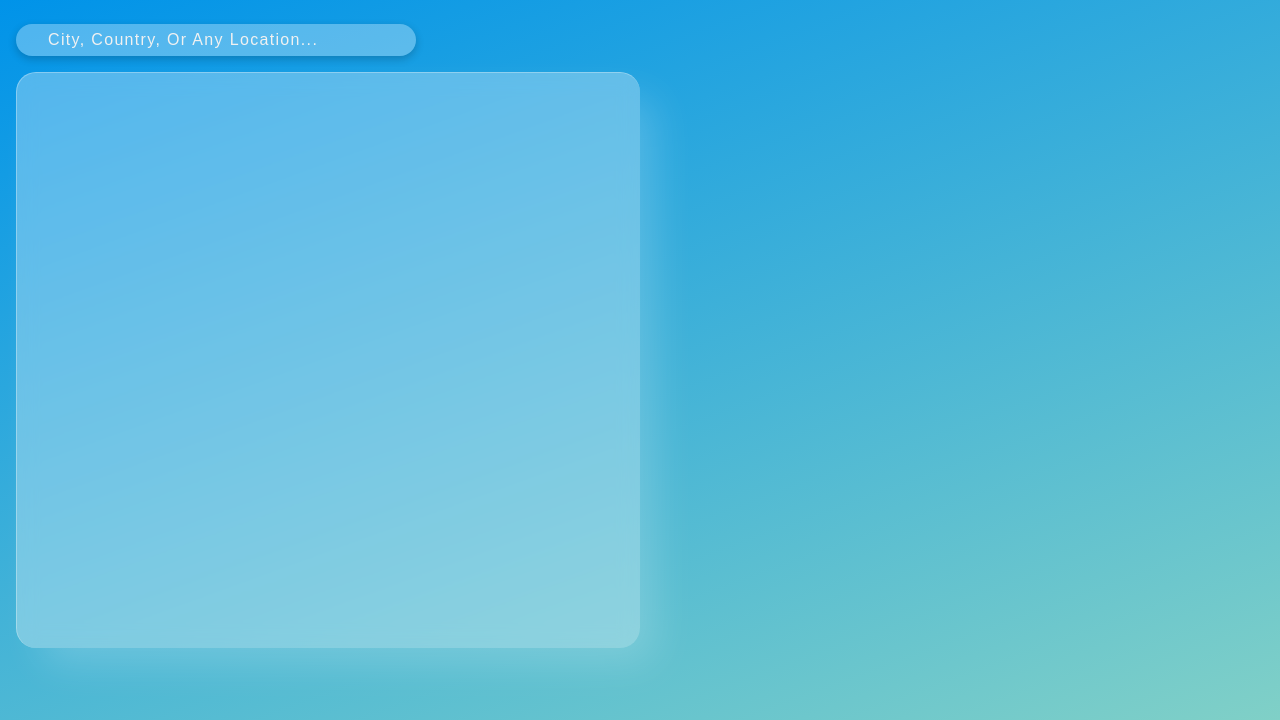
Repository: Haydenleung/weather-app-2024
Page: /
An editor plug-in stored every save of this project. The page is shown before and after the next save, followed by the edit.
The browser window is 1280 px wide. The pictures show the whole page.
The project was rebuilt for these pictures with package versions that can differ from the ones it lists, and the page was loaded fresh each time. The framework's server and built-in components were replaced by stand-ins that run in the browser. Also part of the build but not shown: next.config.mjs.

Above is the page before, as saved 2024-02-09 09:29:55.

### src/pages/index.tsx
import Image from "next/image";
import { useState } from 'react';
import { parseString } from 'xml2js';

import Container from "@/components/Container";

export default function Home() {

  const [location, setLocation] = useState();

  var apiKey = "1166e5ad9804e768305a6f5ad6b1e21c"
  // var cityName = "london"
  var currentUrl = `https://api.openweathermap.org/data/2.5/weather?q=${location}&units=metric&appid=${apiKey}`;
  var currentUrlXML = `https://api.openweathermap.org/data/2.5/weather?q=${location}&mode=xml&appid=${apiKey}`;
  var forecasrUrl = `https://api.openweathermap.org/data/2.5/forecast?q=${location}&units=metric&appid=${apiKey}`;

  const [data, setData] = useState<IWeatherProps[]>([]);
  const [date, setDate] = useState<IDateProps[]>([]);
  const [fData, setFData] = useState<IForecastProps[]>([]);


  const GrabInfo = async () => {
    try {
      await fetch(currentUrl)
        .then((res) => {
          if (!res.ok) {
            throw new Error('404 Error');
          }
          return res.json();
        })
        .then((data) => {
          console.log([data]);
          setData([data]);
        });

      await fetch(currentUrlXML)
        .then((res) => {
          if (!res.ok) {
            throw new Error('404 Error');
          }
          return res.text();
        })
        .then((date) => {
          parseString(date, (err: any, result: any) => {
            if (err) {
              throw new Error('404 Error');
            }
            console.log([result]);
            setDate([result]);
          });
        });
      await fetch(forecasrUrl)
        .then((res) => {
          if (!res.ok) {
            throw new Error('404 Error');
          }
          return res.json()
        })
        .then((fData) => {
          console.log([fData]);
          setFData([fData]);
        })
    } catch (error) {
      setData([])
      setDate([])
      setFData([])
    }
  };

  const handleChange = (event: any) => {
    setLocation(event.target.value);
  };

  const onFormSubmit = (e: any) => {
    e.preventDefault();
    GrabInfo()
  }

  return (
    <main className={"container"} >
      <form onSubmit={onFormSubmit} className={"searchForm"}>
        <input type="text" onChange={handleChange} value={location} className={"search"} placeholder={"City, country, or any location..."} />
        <button type="submit" className={"button"} />
      </form>
      <Container data={data} date={date} fData={fData} location={location} />
    </main >
  );
}

### src/styles/globals.css
* {
  font-family: Arial, Helvetica, sans-serif;
  color: white;
}

*,
*:before,
*:after {
  box-sizing: border-box;
}

.container {
  background: #e0e9f0;
  width: 100%;
  height: 100%;
  position: absolute;
  top: 0;
  left: 0;
  padding: 0.5rem 0rem;
  display: flex;
  flex-direction: column;
  background-color: #0093E9;
  background-image: linear-gradient(160deg, #0093E9 0%, #80D0C7 100%);
}

.button {
  display: none;
}

.searchForm {
  width: 20rem;
  padding: 1rem 1rem 0 1rem;
}

.search {
  height: 2rem;
  min-width: 25rem;
  border-radius: 99rem;
  border: none;
  padding: 0.3rem 2rem;
  font-size: 12pt;
  font-weight: 400;
  letter-spacing: 1pt;
  box-shadow: 0px 3px 8px rgba(0, 0, 0, 0.2);
  color: white;
  text-transform: capitalize;
  outline: none;
  background: rgba(255, 255, 255, 0.3);
}

input,
select,
textarea {
  color: #ff0000;
}

::placeholder {
  color: rgb(241, 241, 241);
  font-weight: 400;
  opacity: 1;
}

.search:hover {
  transform: translateY(-1px);
}

.weatherContainer {
  flex-grow: 1;
  padding: 1rem;
  display: flex;
  flex-direction: row;
  gap: 1rem;
}

.today {
  display: flex;
  flex-direction: column;
  width: 50%;
  justify-content: center;
  align-items: center;
  background: rgba(255, 255, 255, 0.3);
  padding: 3rem;
  border-radius: 20px;
  border-left: 1px solid rgba(255, 255, 255, 0.3);
  border-top: 1px solid rgba(255, 255, 255, 0.3);
  backdrop-filter: blur(10px);
  box-shadow: 20px 20px 40px -6px rgba(255, 255, 255, 0.2);
  text-align: center;
  position: relative;
  transition: all 0.2s ease-in-out;
  height: 80vh;
}

.temp {
  font-size: 92pt;
  font-weight: 800;
  /* color: white */
}

.main {
  font-size: 32pt;
  font-weight: 600;
  /* color: white; */

}

.subToday {
  display: flex;
  flex-direction: column;
  justify-content: center;
  align-items: center;
}

.forecast {
  display: flex;
  flex-direction: column;
  width: 50%;
  justify-content: center;
  align-items: center;
  border-radius: 20px;
  text-align: center;
  position: relative;
  transition: all 0.2s ease-in-out;
  height: 80vh;
  min-height: 15rem;
  gap: 1rem;
  /* background-color: red; */
}

.subForecast {
  display: flex;
  flex-direction: row;
  width: 100%;
  background: rgba(255, 255, 255, 0.3);
  border-radius: 20px;
  border-left: 1px solid rgba(255, 255, 255, 0.3);
  border-top: 1px solid rgba(255, 255, 255, 0.3);
  backdrop-filter: blur(10px);
  box-shadow: 20px 20px 40px -6px rgba(0, 0, 0, 0.2);
  text-align: center;
  position: relative;
  transition: all 0.2s ease-in-out;
  flex-grow: 1;
}

### src/components/Container/index.tsx

import { useState, useEffect } from 'react';

export default function Container(
    props: { data: IWeatherProps[], date: IDateProps[], fData: IForecastProps[], location: any }
) {

    // const [currentTemp, setCurrentTemp] = useState<number>();
    // const [currentWind, setcurrentWind] = useState<number>();
    // const [currentDate, setcurrentDate] = useState<string>();
    // const [currentMain, setcurrentMain] = useState<string>();
    // const [forcastTemp, setForcastTemp] = useState<number[]>([]);

    const [currentDate, setcurrentDate] = useState<string>();


    const formatDate = (tempDate: string) => {
        tempDate = tempDate?.substring(0, tempDate.search("T"));
        var day = new Date(Date.parse(tempDate)).getDate() + 1;
        var month = new Date(Date.parse(tempDate)).toLocaleString('default', { month: 'long' });
        var year = new Date(Date.parse(tempDate)).getFullYear();
        return (month + " " + day + ", " + year)
    }

    const formatDate2 = (tempDate: string) => {
        var day = new Date(Date.parse(tempDate)).getDate();
        var month = new Date(Date.parse(tempDate)).toLocaleString('default', { month: 'short' });
        var year = new Date(Date.parse(tempDate)).getFullYear();
        return (month + " " + day + ", " + year)
    }

    useEffect(() => {
        // Find Date
        // props.date && props.date.map((item: IDateProps) => {
        //     var tempDate = item.current.lastupdate[0].$.value;
        //     tempDate = tempDate?.substring(0, tempDate.search("T"))
        //     setcurrentDate(tempDate)
        // })

        // // Find Current Weather
        // props.data && props.data.map((item: IWeatherProps) => {
        //     // setCurrentTemp(item.main.temp)
        //     // setcurrentWind(item.wind.speed)
        //     // item.weather && item.weather.map((single: IWeatherSingleProps) => {
        //     //     setcurrentMain(single.main)
        //     // })
        // })

        // setForcastTemp([])
        // props.fData && props.fData.map((item: IForecastProps) => {
        //     item.list && item.list.map((single: IForecastListProps) => {
        //         setForcastTemp([...forcastTemp, single.main.temp])
        //         console.log(forcastTemp)
        //         single.wind.speed
        //         single.dt_txt
        //         single.weather && single.weather.map((second: IForecastWeatherProps) => {
        //             { second.main }
        //         })
        //     })

        // })
    })


    return (
        <div className={"weatherContainer"}>
            <div className={"today"}>
                {
                    props.date && props.date.map((item: IDateProps, index: number) => {
                        return (
                            <div key={index} style={{ margin: '15px' }}>
                                {
                                    item.current.lastupdate && item.current.lastupdate.map((single: IDateExactProps, indexTwo: number) => {
                                        return (
                                            <div key={indexTwo} >
                                                {formatDate(single.$.value)}
                                            </div>
                                        )
                                    })
                                }
                            </div>
                        )
                    })
                }
                {
                    props.data && props.data.map((item: IWeatherProps, index: number) => {
                        return (
                            <div key={index} className={"subToday"}>
                                < div className={"temp"} > {item.main.temp.toFixed(1)}°C</div>
                                {
                                    item.weather && item.weather.map((single: IWeatherSingleProps, indexTwo: number) => {
                                        return (
                                            <div key={indexTwo} className={"main"}>
                                                {single.main}
                                            </div>
                                        )
                                    })
                                }
                                <div>{item.wind.speed} m/s</div>
                            </div>
                        )
                    })
                }
            </div >

            {
                props.fData && props.fData.map((item: IForecastProps, index: number) => {
                    return (
                        <div key={index} className={"forecast"}>
                            {
                                item.list && item.list.map((single: IForecastListProps, indexTwo: number) => {
                                    return (
                                        single.dt_txt.search("00:00:00") > 0 &&
                                        (<div key={indexTwo} className={"subForecast"}>
                                            {single.main.temp.toFixed(1)}<br />
                                            {single.wind.speed}<br />
                                            {formatDate2(single.dt_txt)}
                                            {
                                                single.weather && single.weather.map((second: IForecastWeatherProps, indexThree: number) => {
                                                    return (
                                                        <div key={indexThree} >
                                                            {second.main}
                                                            {second.description}
                                                        </div>
                                                    )
                                                })
                                            }
                                        </div>)
                                    )
                                })
                            }
                        </div>
                    )
                })
            }


        </div >
    )
}

Loaded but not shown: src/pages/_app.tsx (common file); src/pages/_document.tsx (common file)

After the next save:
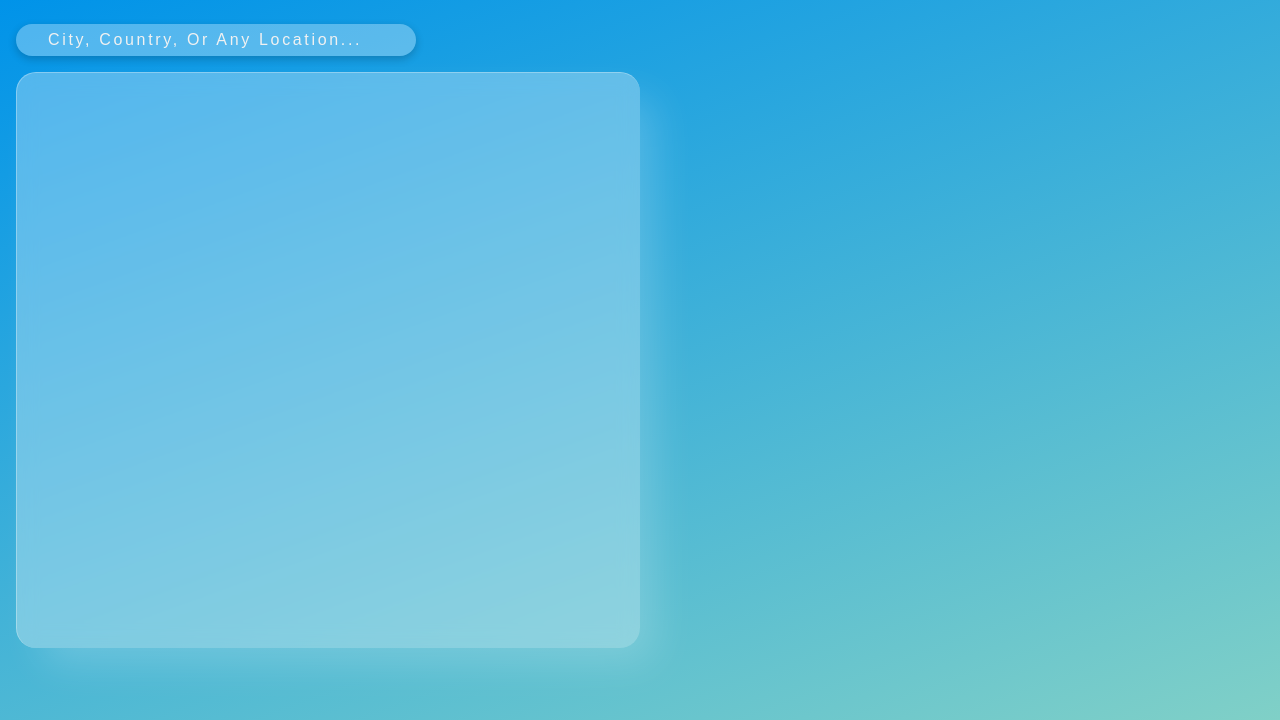
Saved 11 s later.
--- a/src/styles/globals.css
+++ b/src/styles/globals.css
@@ -40,7 +40,7 @@
   padding: 0.3rem 2rem;
   font-size: 12pt;
   font-weight: 400;
-  letter-spacing: 1pt;
+  letter-spacing: 2pt;
   box-shadow: 0px 3px 8px rgba(0, 0, 0, 0.2);
   color: white;
   text-transform: capitalize;
